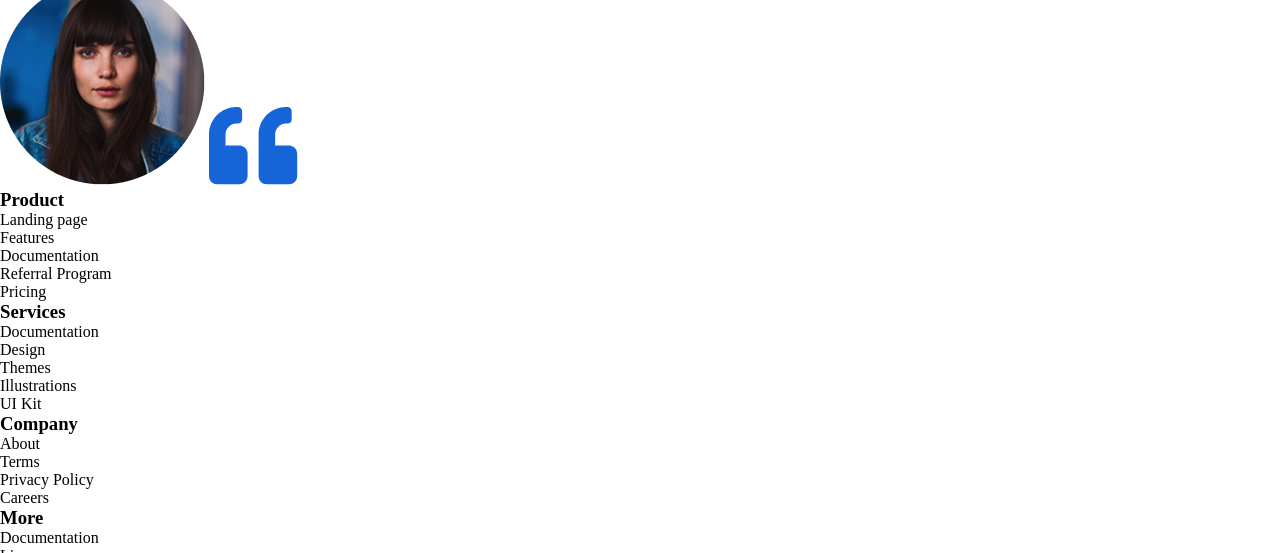
Repository: daviHmoraes/frontcomtailwind
Page: index.html
These files come from the project's save history. The page is drawn as it stood at one moment and after the next save; the edit follows.
The browser window is 1280 px wide. The pictures show the part of the page from y = 5947 to 6500 px (the page is 6597 px tall before and 6615 px after).
A picture or video elsewhere on the page could not be fetched, so the positions and the page height are approximate.

Above is the page before, as saved 2026-08-31 18:44:55.

### index.html
<!DOCTYPE html>
<html lang="en">
<head>
    <meta charset="UTF-8">
    <meta name="viewport" content="width=device-width, initial-scale=1.0">
    <title>Ehya - Home Page</title>
    <link rel="stylesheet" href="/css/style.css">
</head>
<body>

    <header>

        <section class="header">
            <img src="/img/Logo.svg" alt="Ehya Company Logo">
            <img src="/img/hamburguer-menu.svg" alt="Hamburguer menu Icon">
        </section>

        <section class="hero">

            <div class="hero-content">
                <h1>
                    Start Exploring to
                    Find Inner Peace
                    by Traveling
                </h1>

                <p>
                    Lost yourself with Vacation and
                    Travel into the place that you never
                    visit before. We have thousand
                    places in our database for you.
                </p>
            </div>

            <div class="form-card">

                <img src="/img/background-image.png" alt="Beach Background Image">

                <h2>
                    You can start search here
                </h2>

                <p>
                    Find thousand destination for travelling
                    with best prices. Apply “EHYA50” Code
                    on Payment Process.
                </p>

                <form>
                    <label for="where">Where</label><br>
                    <input type="text" id="where" name="where"><br>

                    <label for="checkin">Check In</label><br>
                    <input type="date" id="checkin" name="checkin"><br>

                    <label for="checkout">Check Out</label><br>
                    <input type="date" id="checkout" name="checkout"><br>

                    <label for="guests">Guests</label><br>
                    <input type="text" id="guests" name="guests"><br>

                    <input type="submit" id="submit">
                </form>
            </div>

            <img src="/img/circle.svg" alt="Circle Around the Arrow Icon">
            <img src="/img/south-arrow.svg" alt="South Pointing Arrow">

        </section>
    </header>

    <main>

        <section class="benefits">
            <h2>
                Travelya Benefit
                for User
            </h2>

            <p>
                We are self-service data analytics
                software that lets you create visually
                appealing data visualizations and
                insightful dashboards in minutes.
            </p>

            <div class="cards">
                <div class="card">
                    <img src="/img/card-icon/cheap-icon.svg" alt="Label Icon">

                    <div class="card-content">
                        <h3>
                            Cheap than Other
                        </h3>
                        <p>
                            Travelya is cheaper than other
                            travel agency.
                        </p>
                    </div>
                </div>

                <div class="card">
                    <img src="/img/card-icon/secure-icon.png" alt="Shield Icon">

                    <div class="card-content">
                        <h3>
                            Secure Payment
                        </h3>
                        <p>
                            You can pay your book without
                            doubt again.
                        </p>
                    </div>
                </div>

                <div class="card">
                    <img src="/img/card-icon/free-icon.svg" alt="AC Icon">

                    <div class="card-content">
                        <h3>
                            Free Amenities
                        </h3>
                        <p>
                            We guarantee you can give free amenities wherever
                            you are.
                        </p>
                    </div>
                </div>

                <div class="card">
                    <img src="/img/card-icon/top-icon.svg" alt="Crown Icon">

                    <div class="card-content">
                        <h3>
                            Top Rated
                        </h3>
                        <p>
                            Only show best destination
                            with 1000+ super review user
                        </p>
                    </div>
                </div>

                <div class="card">
                    <img src="/img/card-icon/best-icon.svg" alt="Medal Icon">

                    <div class="card-content">
                        <h3>
                            Best Offers
                        </h3>
                        <p>
                            Inform you about all best
                            offers for all destination
                        </p>
                    </div>
                </div>

                <div class="card">
                    <img src="/img/card-icon/easy-icon.svg" alt="Like Icon">

                    <div class="card-content">
                        <h3>
                            Easy Book
                        </h3>
                        <p>
                            Follow flow, Click, Pay. Wait.
                            Just wait e-ticket
                        </p>
                    </div>
                </div>

                <div class="card">
                    <img src="/img/card-icon/refund-icon.svg" alt="Hands Shell Icon">

                    <div class="card-content">
                        <h3>
                            Fast Refund
                        </h3>
                        <p>
                            If you canceled. We can refund
                            your money 1x12
                        </p>
                    </div>
                </div>

                <div class="card">
                    <img src="/img/card-icon/support-icon.svg" alt="Headphone Icon">

                    <div class="card-content">
                        <h3>
                            24/7 Support
                        </h3>
                        <p>
                            We’re ready help you anytime
                            and anywhere you are.
                        </p>
                    </div>
                </div>
            </div>
        </section>

        <section class="popular-destinations">
            <h2>
                Popular Destinations
            </h2>

            <div class="destinations">
                <div class="destination">
                    <img src="/img/destinations/venice.png" alt="Aerial Footage of Venice - Italy">
                    <h3>
                        Venice, Italy
                    </h3>
                    <p>
                        Travelling into the popular river in Italy
                    </p>
                    <button class="see-offers">
                        See Offers
                    </button>
                </div>

                <div class="destination">
                    <img src="/img/destinations/paris.png" alt="Aerial Footage of Paris - France">
                    <h3>
                        Paris, France
                    </h3>
                    <p>
                        Romance in popular world landmark
                    </p>
                    <button class="see-offers">
                        See Offers
                    </button>
                </div>

                <div class="destination">
                    <img src="/img/destinations/bali.png" alt="Aerial Footage of Bali - Indonesia">
                    <h3>
                        Bali, Indonesia
                    </h3>
                    <p>
                        See best sunset ver in the world
                    </p>
                    <button class="see-offers">
                        See Offers
                    </button>
                </div>

                <div class="destination">
                    <img src="/img/destinations/bali.png" alt="Aerial Footage of Santorini - Greece">
                    <h3>
                        Santorini, Greece
                    </h3>
                    <p>
                        Visit the 1000 Gods Country
                    </p>
                    <button class="see-offers">
                        See Offers
                    </button>
                </div>
            </div>

            <div class="see-offers">
                <a href="#">See All Offers</a>
                <img src="/img/east-arrow.svg" alt="East Pointing Arrow">
            </div>
        </section>

        <section class="about-travelya">
            <h3>
                ABOUT TRAVELYA
            </h3>

            <h2>
                Everyone Needs Travel. Needs a Holiday.
                Want to Break Free for a While
            </h2>

            <img src="/img/recommended-destination.png" alt="Beach Umbrella Footage">

            <div>
                <img src="/img/search.svg" alt="Search Bloom Icon">
                <p>Recommended Destination</p>
            </div>

            <h2>
                We have More than 1000
                Selected Destination
            </h2>

            <p>
                You can choose one of many option
                that we have on Our Website. Every
                destination have been 4+ star rated
                by our user before. You can search
                by clicking our button on below of
                the this text man.
            </p>

            <button class="search-destination">
                Search Destination
            </button>

            <div class="holiday-card">
                <span class="discount">DISC 50%</span>
                <h3>
                    Holiday in Bali Island
                </h3>
                <p>
                    Stay 3 night at Seminyak Hotel Bali
                </p>
                <button class="redeem-now">Redeem Now</button>
            </div>

            <div class="promo">
                <h2>
                    Always give you Promo
                    on every Month / Event
                </h2>
                <p>
                    We make sure give you a lot of
                    promo every month or event based
                    on calendar. If you want, Just
                    subscribe on Newsletter.
                </p>

                <div class="pros">
                    <img src="/img/pros-icon.svg" alt="Right Simbol Icon">
                    <p>25% for New Members</p>
                </div>

                <div class="pros">
                    <img src="/img/pros-icon.svg" alt="Right Simbol Icon">
                    <p>Cancelled refund 100%</p>
                </div>

                <div class="pros">
                    <img src="/img/pros-icon.svg" alt="Right Simbol Icon">
                    <p>Up 50% on your birthday</p>
                </div>

                <div class="pros">
                    <img src="/img/pros-icon.svg" alt="Right Simbol Icon">
                    <p>Reward for 1000 Points</p>
                </div>

                <div class="pros">
                    <img src="/img/pros-icon.svg" alt="Right Simbol Icon">
                    <p>Cashback 10% via OVO</p>
                </div>
            </div>
        </section>

        <section class="money-back">

            <div class="money-section-image">
                <img src="/img/money-back-image.png" alt="Woman Using The Computer">
                <div class="comment">Hi, Can you help me? 😔</div>
                <div class="comment">Can I get my money back?</div>
                <div class="comment">Thanks for your help!! 😍😍😍😍</div>
            </div>

            <h2>100% Money back
                Guarantee if You
                Cancel
            </h2>

            <p>
                We promises in this case. We still
                want to refund your money when
                you cancel order.
            </p>

            <div class="faqs">
                <div class="selected-faq">
                    <div class="faq-header">
                        <img src="/img/filled-green-circle.svg" alt="Filled Green Circle">
                        <h4>Friendly, Quick, Easy</h4>
                        <img src="/img/chevron-up.svg" alt="Chevron Pointing Up">
                    </div>
                    <p>
                        Business messaging that feels just
                        like the messenger apps you and
                        your customers use every day.
                    </p>
                </div>

                <div class="faq">
                    <div class="faq-header">
                        <img src="/img/empty-green-circle.svg" alt="Non-filled Green Circle">
                        <h4>Fast Response Answer</h4>
                        <img src="/img/chevron-down.svg" alt="Chevron Pointing Down">
                    </div>
                </div>

                <div class="faq">
                    <div class="faq-header">
                        <img src="/img/empty-green-circle.svg" alt="Non-filled Green Circle">
                        <h4>Money Back Guarantee</h4>
                        <img src="/img/chevron-down.svg" alt="Chevron Pointing Down">
                    </div>
                </div>
            </div>
        </section>

        <section class="reports">

            <div class="report-hero">
                <img src="/img/report-image.png" alt="Face Photo of a Costumer">
                <img src="/img/quote-left.svg" alt="Pair of Left Quotes">
            </div>



        </section>
    </main>

    <footer>
        <div class="redirects">
            <article>
                <h3>Product</h3>
                <p>Landing page</p>
                <p>Features</p>
                <p>Documentation</p>
                <p>Referral Program</p>
                <p>Pricing</p>
            </article>

            <article>
                <h3>Services</h3>
                <p>Documentation</p>
                <p>Design</p>
                <p>Themes</p>
                <p>Illustrations</p>
                <p>UI Kit</p>
            </article>

            <article>
                <h3>Company</h3>
                <p>About</p>
                <p>Terms</p>
                <p>Privacy Policy</p>
                <p>Careers</p>
            </article>

            <article>
                <h3>More</h3>
                <p>Documentation</p>
                <p>License</p>
                <p>Changelog</p>
            </article>
        </div>

        <div class="footer-content">
            <img src="/img/logo.svg" alt="Logo da empresa Ehya">

            <p>
                Build a modern and creative website with crealand
            </p>

            <div class="contacts">
                <img src="/img/footer-icons/google.svg" alt="Redirect Contact Google icon">
                <img src="/img/footer-icons/twitter.svg" alt="Redirect Contact Twitter icon">
                <img src="/img/footer-icons/instagram.svg" alt="Redirect Contact Instagram icon">
                <img src="/img/footer-icons/linkedin.svg" alt="Redirect Contact Linkedin icon">
                <img src="/img/footer-icons/youtube.svg" alt="Redirect Contact Youtube icon">
            </div>

        </div>

    </footer>

</body>
</html>

### css/style.css
* {
    margin: 0;
    padding: 0;
    overflow-x: hidden;
}

After the next save:
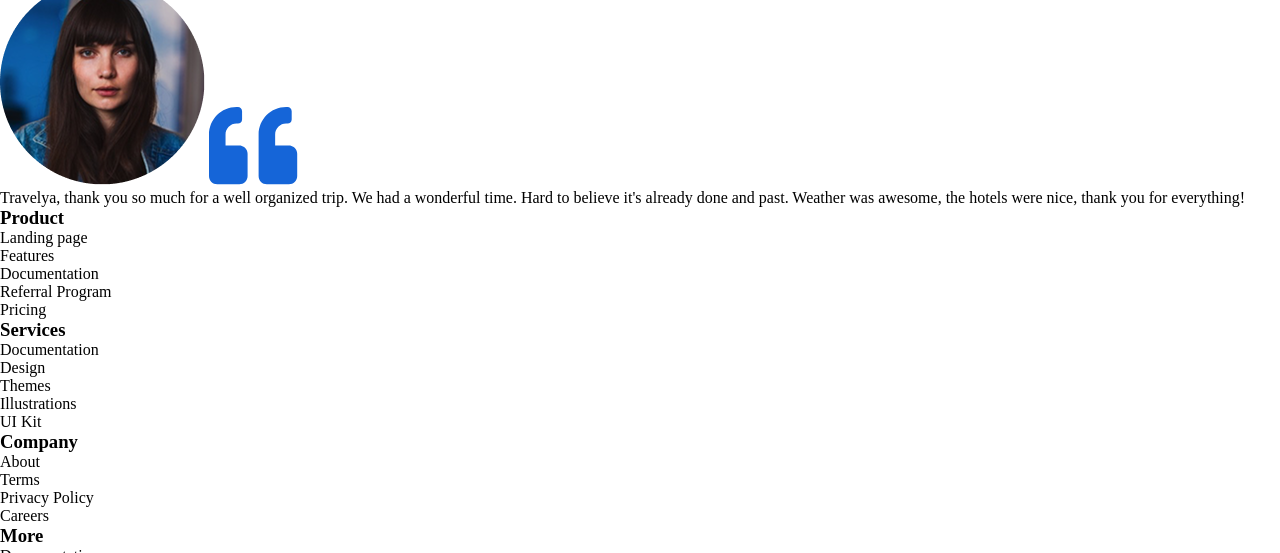
Saved 84 s later.
--- a/index.html
+++ b/index.html
@@ -408,7 +408,9 @@
                 <img src="/img/quote-left.svg" alt="Pair of Left Quotes">
             </div>
 
-
+            <p>
+                Travelya, thank you so much for a well organized trip. We had a wonderful time. Hard to believe it's already done and past. Weather was awesome, the hotels were nice, thank you for everything!
+            </p>
 
         </section>
     </main>
